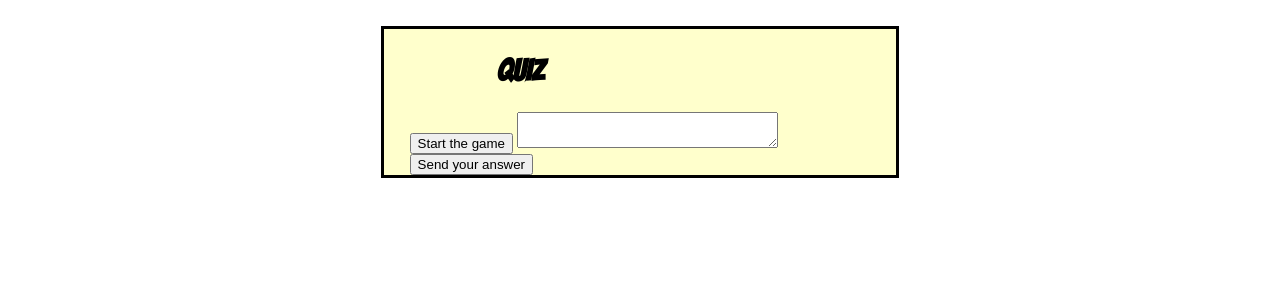
Repository: jb223cp/1dv403-laborationer
Page: 4-thequiz/index.html
The author's editor kept a record of every edit. The page is drawn from the files as they stood at one moment, then again after the next edit.
The browser window is 1280 px wide. The pictures show the whole page.

Above is the page before.

After the next edit:
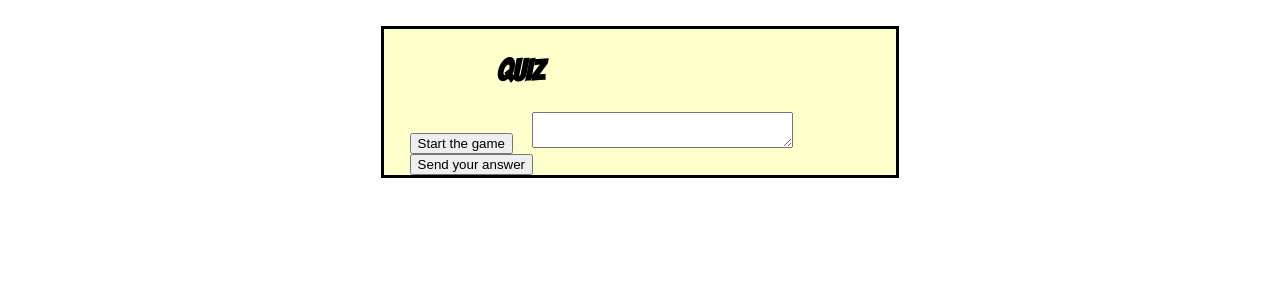
The edit:
--- a/4-thequiz/css/main.css
+++ b/4-thequiz/css/main.css
@@ -38,6 +38,9 @@
 .button{
 	margin-left:5%;
 }
+textarea{
+	margin-left:3%;
+}
 
 h1{
 	font-size:1.9em;
